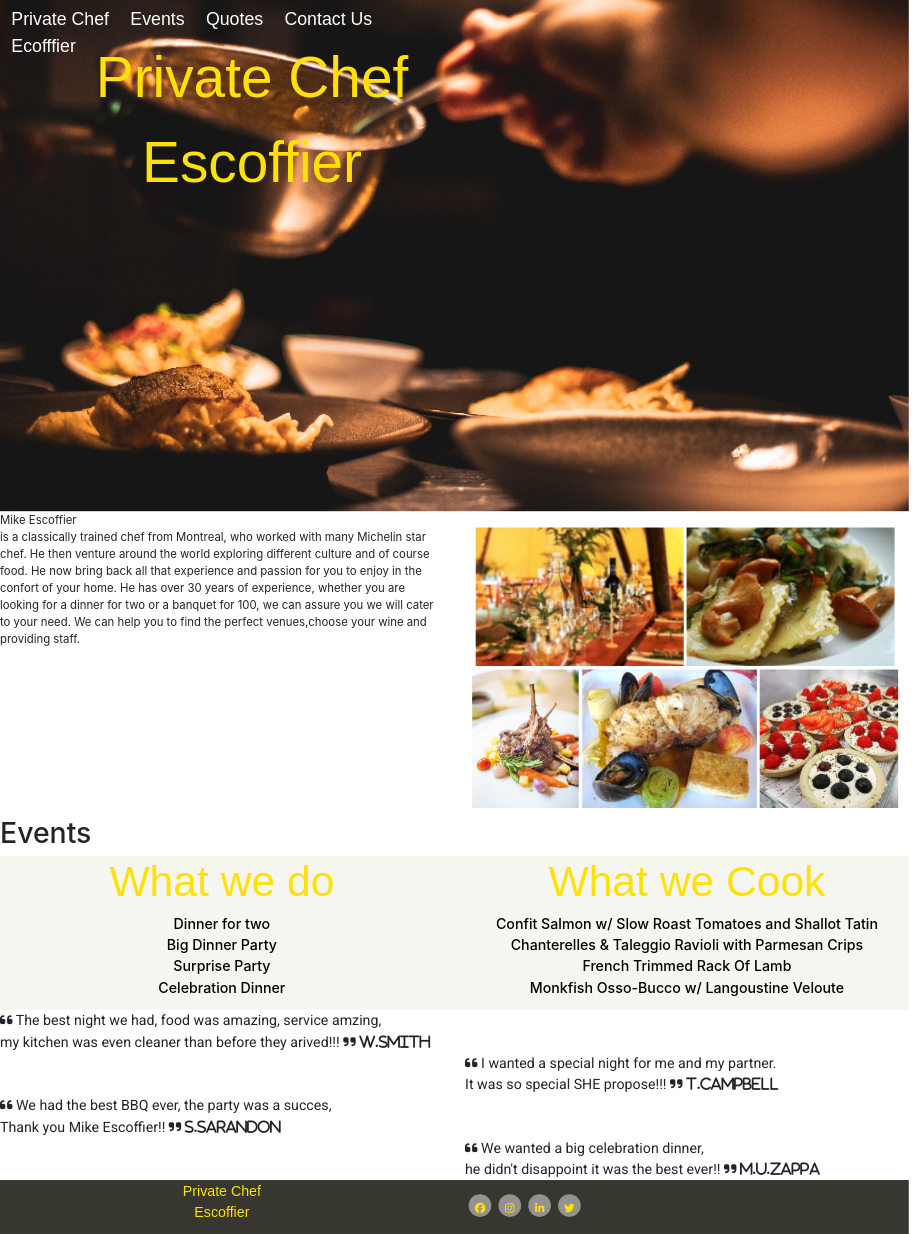
Repository: Mrsebastino/First-Milestone
Page: index.html
The author's editor kept a record of every edit. The page is drawn from the files as they stood at one moment, then again after the next edit.
The browser window is 1280 px wide. The page is 1295 px wide, so the pictures cover 1295 px, including what lies to the right of the window. The pictures show the whole page, at 71% of full size.
Pictures or frames that could not be fetched are drawn as grey boxes. Backgrounds fixed to the window are drawn as part of the page. Some web fonts or font styles are not loaded; a fallback is used. Some web libraries are served in a nearby version.

Above is the page before.

After the next edit:
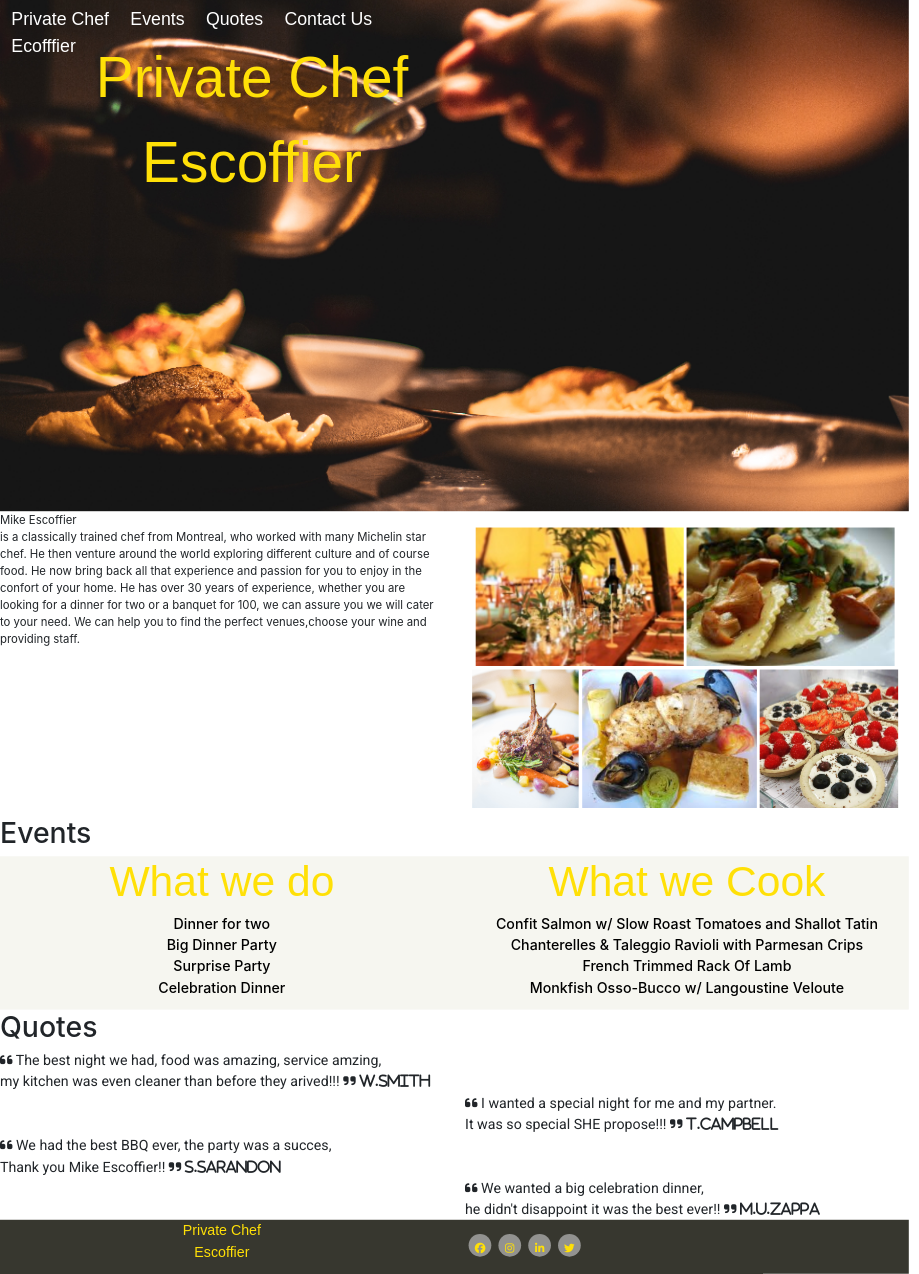
The edit:
--- a/index.html
+++ b/index.html
@@ -96,6 +96,8 @@
         </div>
     </section>
     <section>
+        <h1>Quotes</h1>
+        <h2 class="img-fluid quotes-bg"></h2>
         <div class="container-fluid">
             <div class="row">
                 <div class="col quotes-container">
